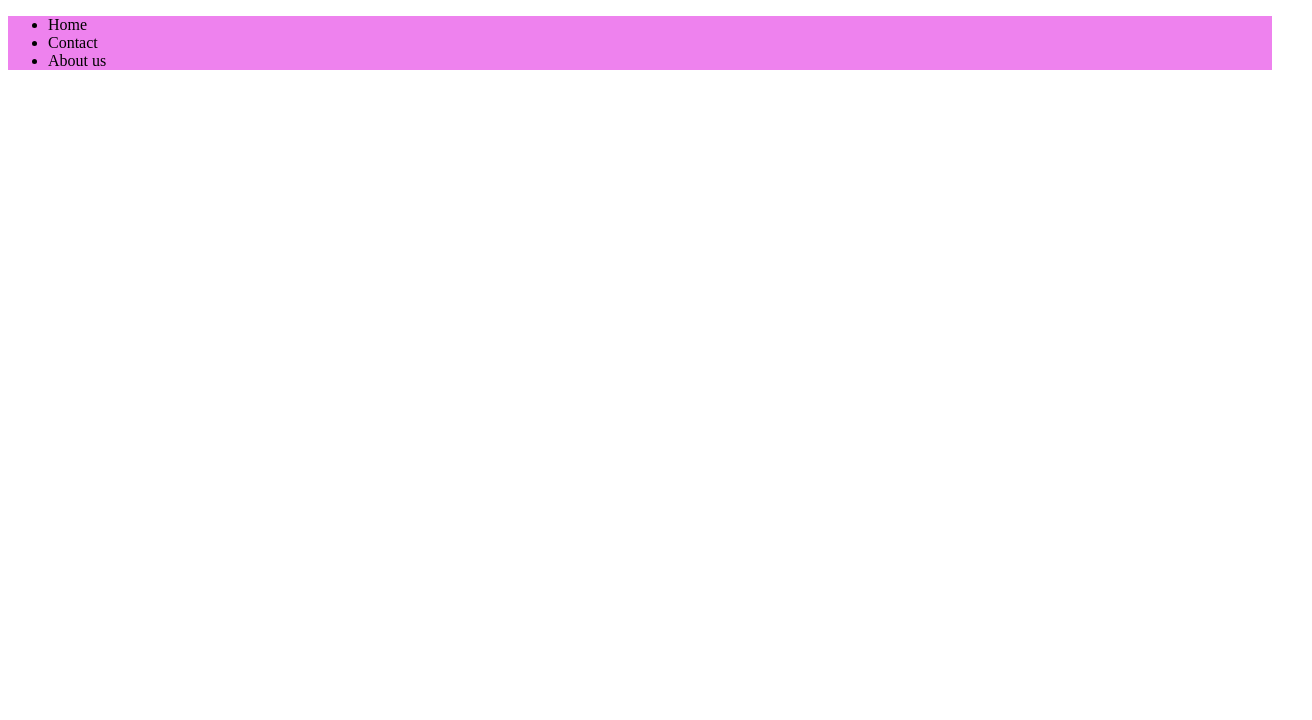
Repository: AytacSafarova/Task-12
Page: index.html
The author's editor kept a copy of each file at every save. The page is drawn from the files as they stood at one save, then again after a run of saves.
The browser window is 1280 px wide. The page is 1312 px wide, so the pictures cover 1312 px, including what lies to the right of the window. The pictures show the whole page.

Above is the page before, as saved 2023-07-25 14:46:48.

### index.html
<!DOCTYPE html>
<html lang="en">

<head>
    <meta charset="UTF-8">
    <meta name="viewport" content="width=device-width, initial-scale=1.0">
    <title>Document</title>
    <link rel="stylesheet" href="./index.css">
</head>
<body>
    <div class="container">
      <ul>
        <li>Home</li>
        <li>Contact</li>
        <li>About us</li>
      </ul>
    </div>
</body>

</html>

### index.css
.container{
    width: 100%;
min-height: ;    background-color: violet;
    position: relative;
}
.child{
    width: 200px;
    height: 200px;
}

.child1{
    background-color: orange;
    position: absolute;
    bottom: 0;
    right: 0;

}
.child2{
    background-color: blue;
    position: absolute;
    bottom: 100px;
    right: 0;
    z-index: 1;
}
.box{
    width: 600px;
    height: 600px;
    background-color: red;
}


ul{
    width: 100%;

}

After the next 3 saves:
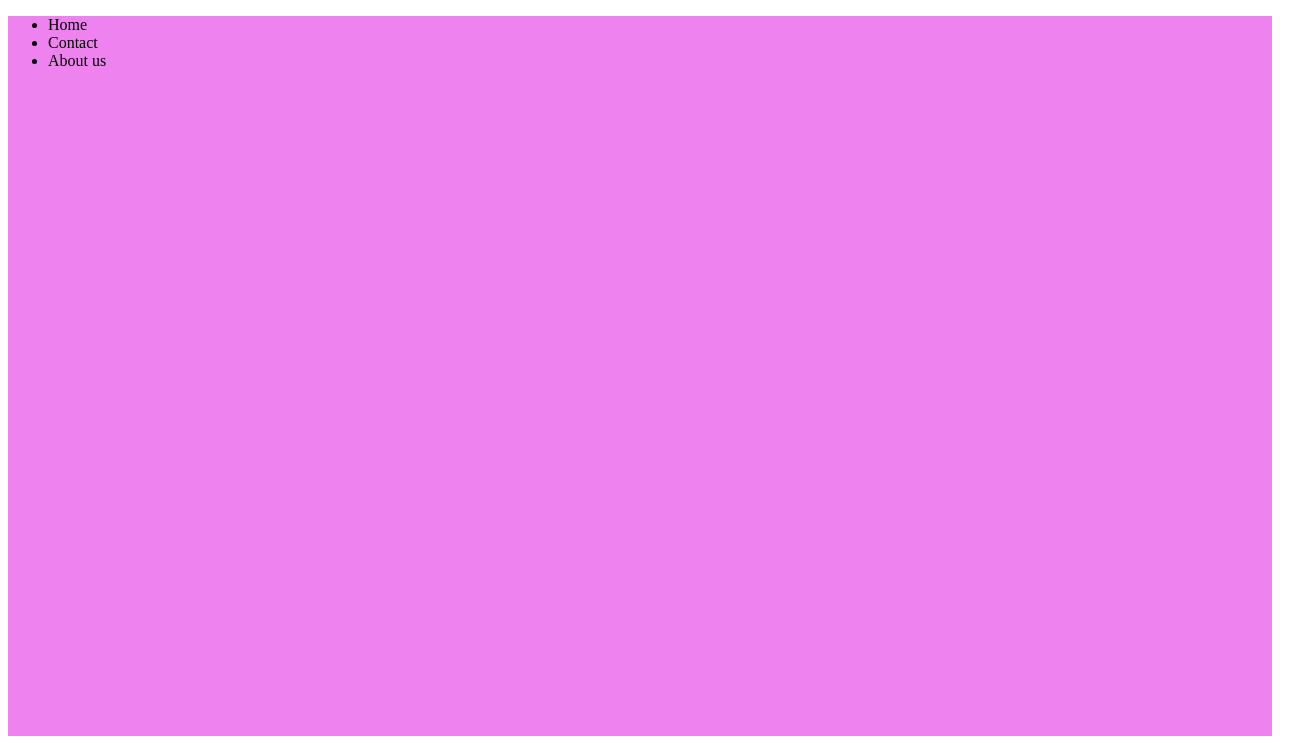
The 3 saves are shown as one change because they came seconds apart.
The last was saved 10 s later.
--- a/index.css
+++ b/index.css
@@ -1,7 +1,8 @@
 .container{
     width: 100%;
-min-height: ;    background-color: violet;
-    position: relative;
+min-height: 100vh;
+ background-color: violet;
+    /* position: relative; */
 }
 .child{
     width: 200px;
